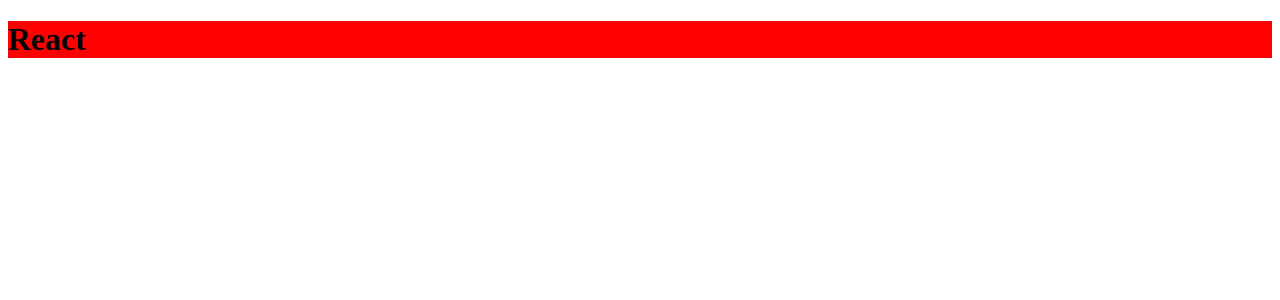
Repository: batmit/publish_articles
Page: /
The author's editor kept a copy of each file at every save. The page is drawn from the files as they stood at one save, then again after a run of saves.
The browser window is 1280 px wide. The pictures show the whole page.
The project was rebuilt for these pictures with package versions that can differ from the ones it lists, and the page was loaded fresh each time.

Above is the page before, as saved 2021-06-28 20:45:40.

After the next 2 saves:
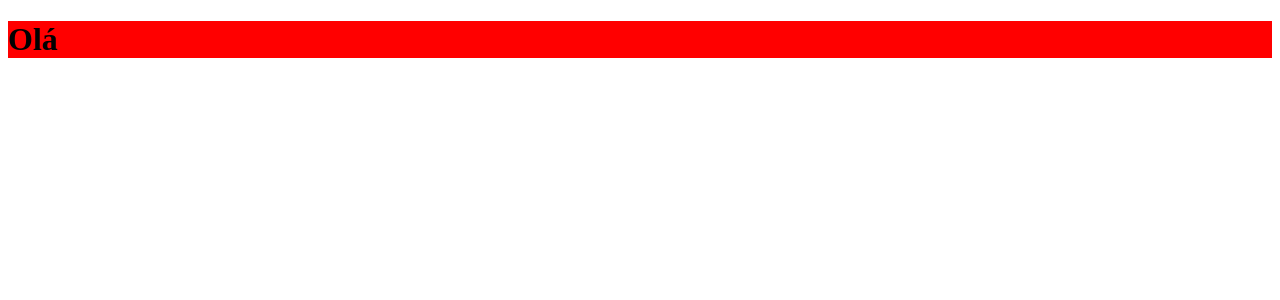
The 2 saves are shown as one change because 1 did not build or start.
The last was saved 35 s later.
--- a/src/App.tsx
+++ b/src/App.tsx
@@ -1,10 +1,12 @@
 import React from 'react';
 import './styles/Home.scss';
+
+import {Home} from './pages/Home'
 
 
 function App() {
   return (
-      <h1>React</h1>
+      <Home />
   );
 }
 
